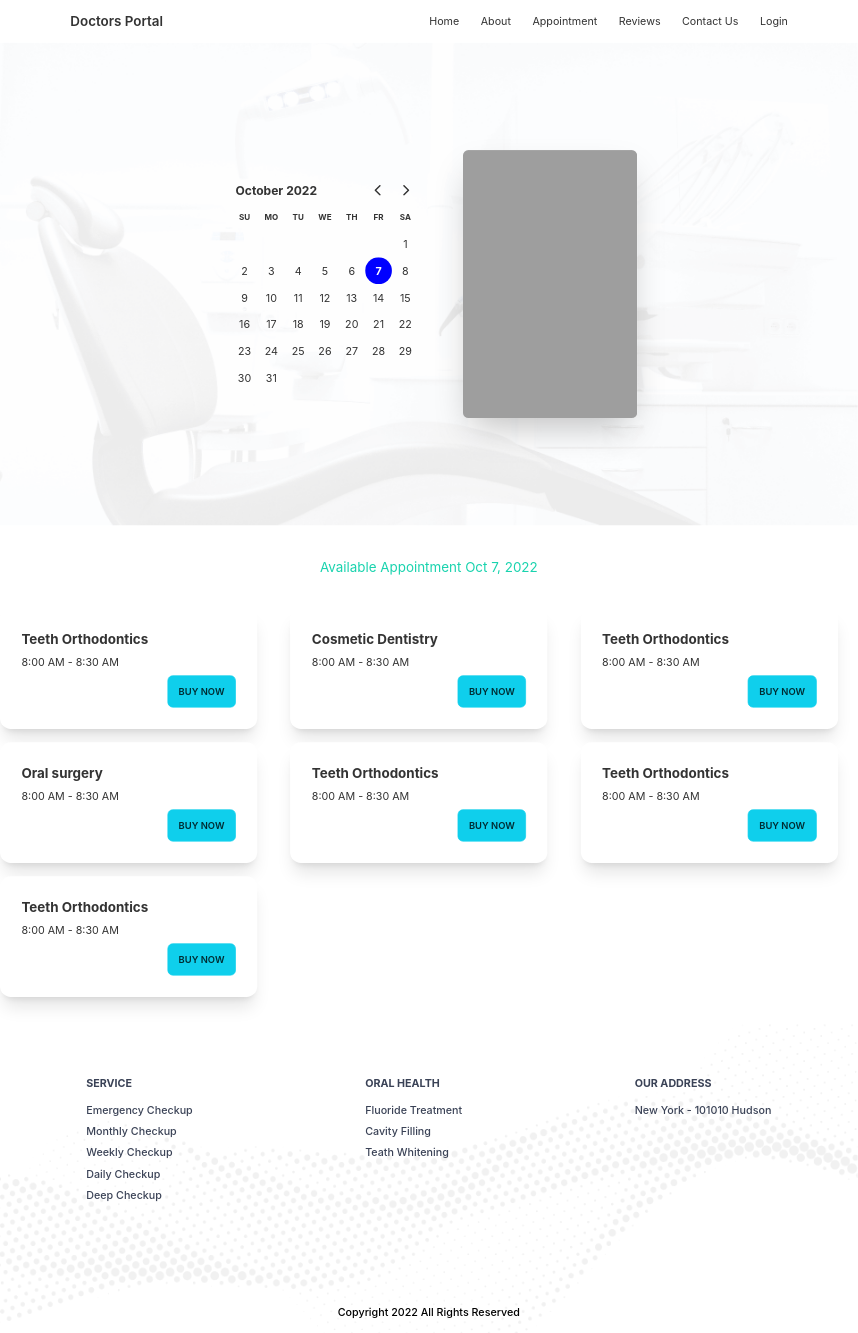
Repository: shikubro90/doctorsportal
Page: /appointment
An editor plug-in stored every save of this project. The page is shown before and after a run of saves, followed by the edit.
The browser window is 1280 px wide. The pictures show the whole page, at 67% of full size.
Pictures or frames that could not be fetched are drawn as grey boxes. The project was rebuilt for these pictures with package versions that can differ from the ones it lists, and the page was loaded fresh each time. Also part of the build but not shown: src/App.css, src/Pages/About/About.jsx, src/Shared/ButtonPrimary.jsx, src/Pages/Home/AppointmentCard.jsx, src/Pages/Home/AppointmentSection.jsx, src/Pages/Home/Banner.jsx, src/Pages/Home/MiniCard.jsx, src/Pages/Home/BasicInfo.jsx and 6 more.

Above is the page before, as saved 2022-10-07 14:02:37.

After the next 3 saves:
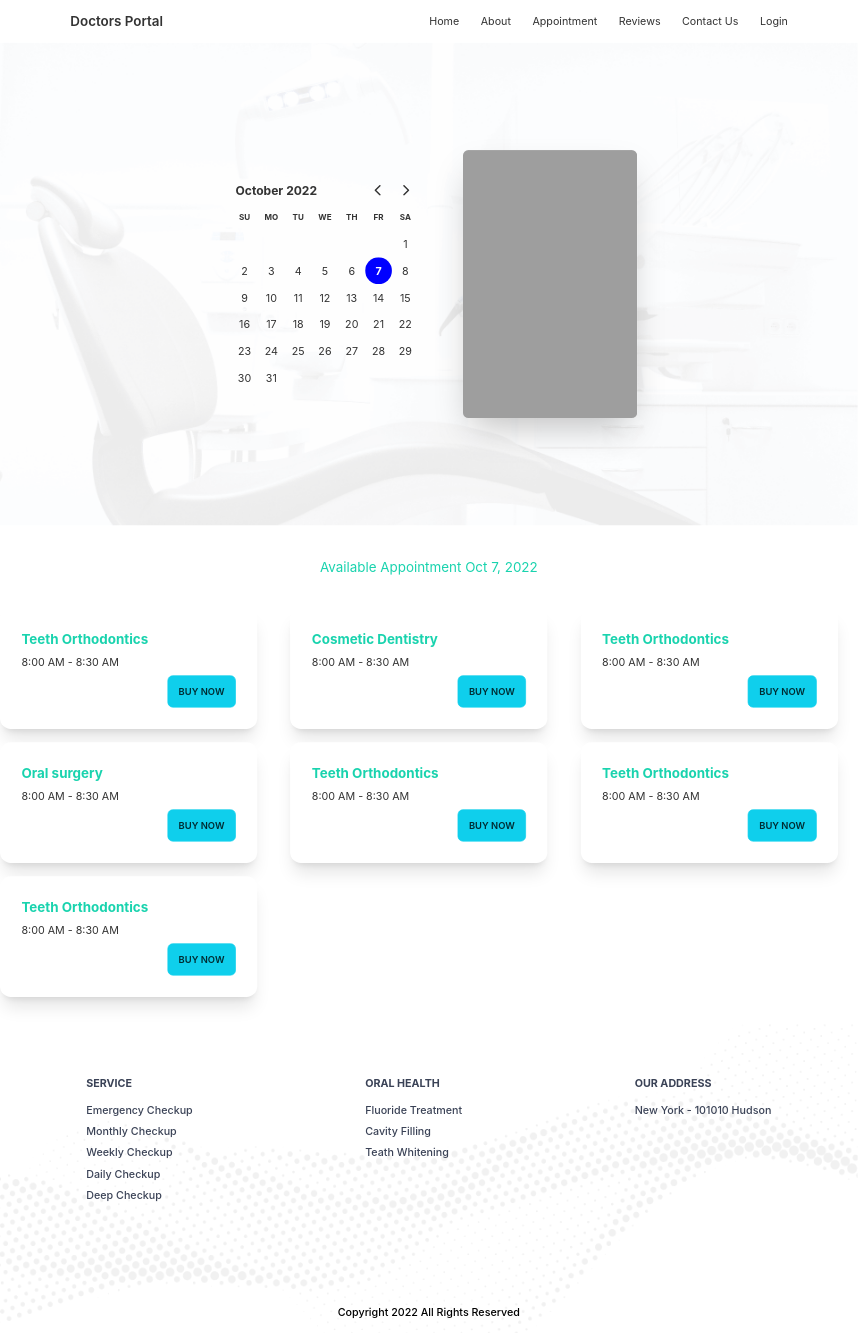
The 3 saves are shown as one change because they came seconds apart.
The last was saved 7 s later.
--- a/src/Pages/Appointment/Services.jsx
+++ b/src/Pages/Appointment/Services.jsx
@@ -6,7 +6,7 @@ const Services = ({services}) => {
   return (
     <div className="card w-96 bg-base-100 shadow-xl">
       <div className="card-body">
-        <h2 className="card-title text-xl font-bold ">{name}</h2>
+        <h2 className="card-title text-xl font-bold text-secondary">{name}</h2>
         <p>
             {slots.length > 0 ? <span>{slots[0]}</span>:<span>Try Another Date</span>}
         </p>
